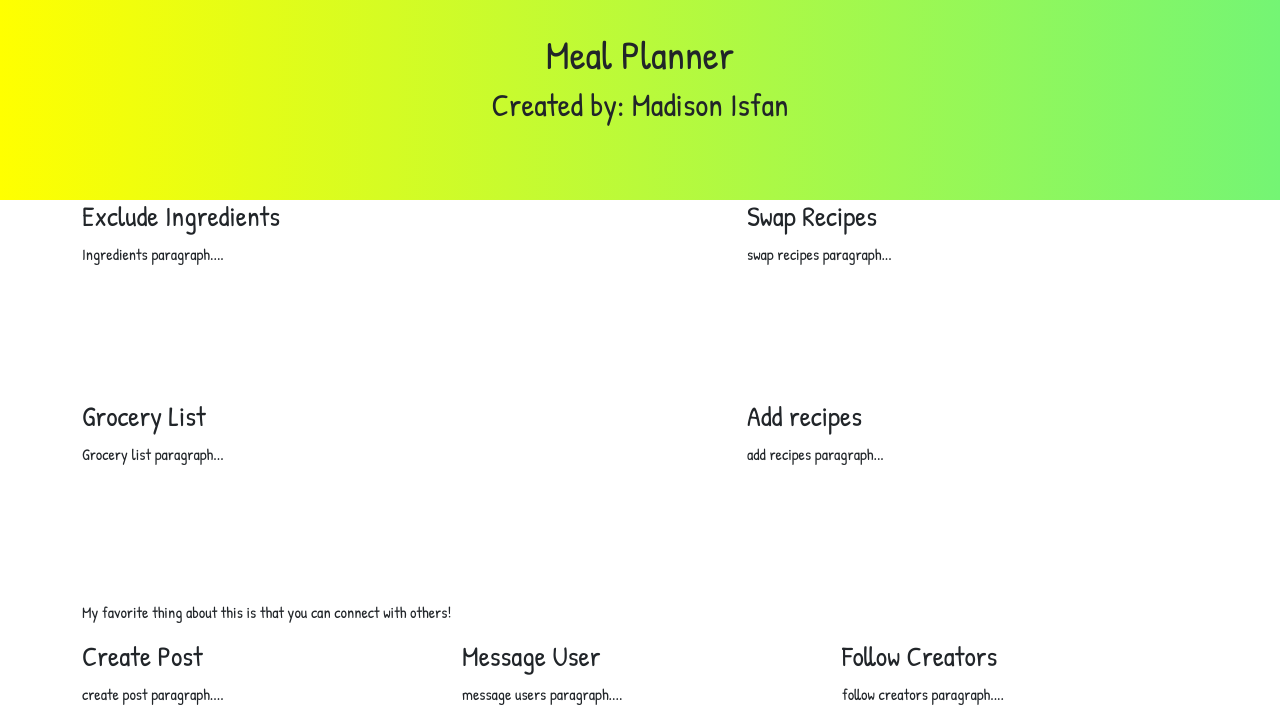
Repository: madisonisfan/Meal-Planner
Page: index.html
The author's editor kept a copy of each file at every save. The page is drawn from the files as they stood at one save, then again after the next save.
The browser window is 1280 px wide. The pictures show the whole page.
Some web libraries are served in a nearby version.

Above is the page before, as saved 2021-02-17 17:05:31.

### index.html
<!DOCTYPE html>
<head>

    <meta charset="utf-8"/>
    <meta name="viewport" content="width=device-width, initial-scale=1"/>

    <link rel="stylesheet" href="node_modules/bootstrap/dist/css/bootstrap.min.css" />

    <link rel="stylesheet" href="https://fonts.googleapis.com/css?family=Indie+Flower|Patrick+Hand" />
    <link rel="stylesheet" href="css/styles.css"/>
    <title> Meal Planner </title>
</head>

<body>

    <header class="jumbotron">
        <div class="container">
            <div class="row row-content  justify-content-center">
                <div class="col text-center saling-self">
                    <h1>Meal Planner</h1>
                    <h2>Created by: Madison Isfan</h2>
                </div>
            </div>
        </div>

    </header>

    <div class="container ">
        <div class="row row-content justify-content-between">
            <div class="col-5">
                <h3>Exclude Ingredients</h3>
                <p>Ingredients paragraph....</p>
            </div>
            <div class="col-5">
                <h3>Swap Recipes</h3>
                <p>swap recipes paragraph...</p>
            </div>
        </div>

        <div class="row row-content justify-content-between">
            <div class="col-5">
                <h3>Grocery List</h3>
                <p>Grocery list paragraph...</p>
            </div>
            <div class="col-5">
                <h3>Add recipes</h3>
                <p>add recipes paragraph...</p>
            </div>
        </div>

    </div> <!--End of container-->

    <div class="container">
        <div class="row">
            <div class="col">
                <p>My favorite thing about this is that you can connect with others!</p>
            </div>
        </div>
        <div class="row">
            <div class="col">
                <h3>Create Post</h3>
                <p>create post paragraph....</p>

            </div>
            <div class="col">
                <h3>Message User</h3>
                <p>message users paragraph....</p>
            </div>
            <div class="col">
                <h3>Follow Creators</h3>
                <p>follow creators paragraph....</p>
            </div>

        </div>

    </div>


    <script src="node_modules/jquery/dist/jquery.slim.min.js"></script>
    <script src="node_modules/popper.js/dist/umd/popper.min.js"></script>
    <script src="node_modules/bootstrap/dist/js/bootstrap.min.js"></script>
</body>


</html>

### css/styles.css
header {
  height: 200px;
}
body {
  font-family: "Patrick Hand";
}

.row-content {
  min-height: 200px;
}

.jumbotron {
  padding: 30px;
  background-image: linear-gradient(to right, yellow, rgb(116, 245, 116));
}

After the next save:
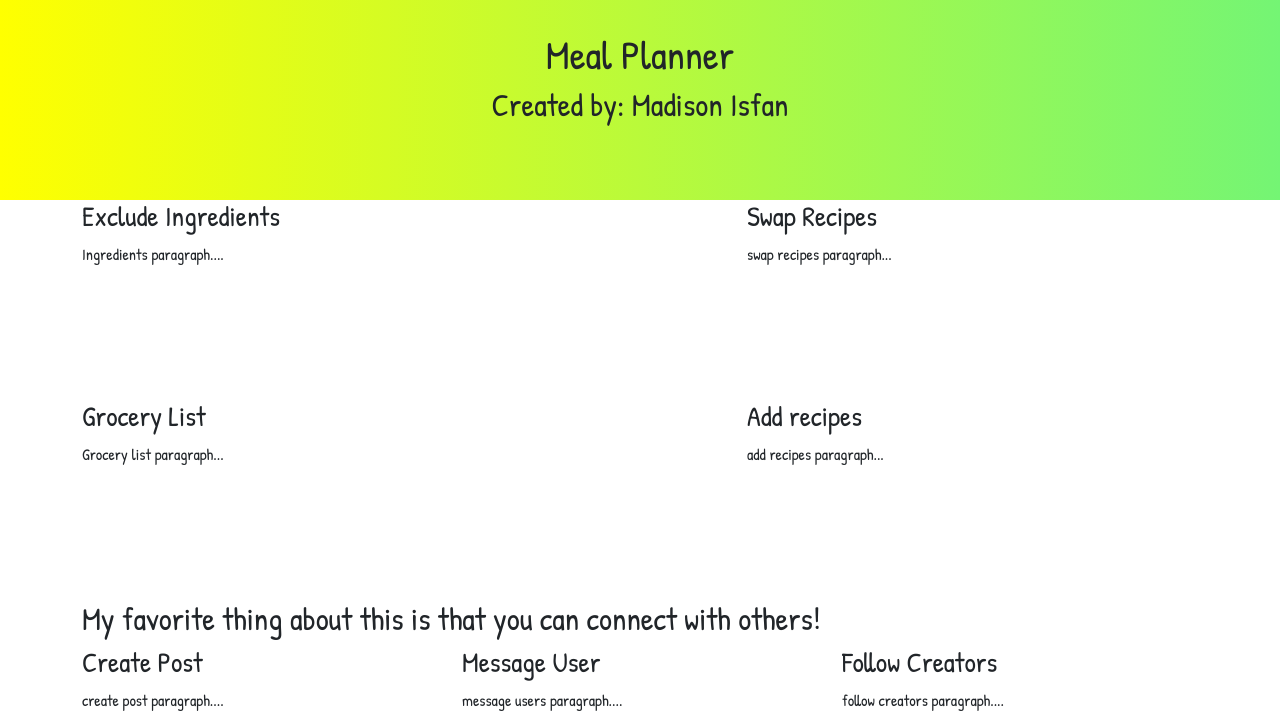
Saved 23 s later.
--- a/index.html
+++ b/index.html
@@ -53,7 +53,7 @@
     <div class="container">
         <div class="row">
             <div class="col">
-                <p>My favorite thing about this is that you can connect with others!</p>
+                <h2>My favorite thing about this is that you can connect with others!</h2>
             </div>
         </div>
         <div class="row">
